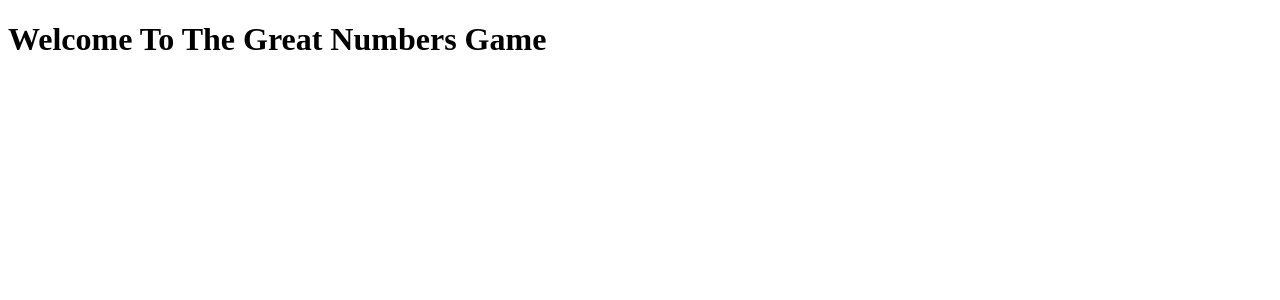
Repository: a-rydzak/Java
Page: http://localhost/GNumbers/Home
The author's editor kept a copy of each file at every save. The page is drawn from the files as they stood at one save, then again after the next save.
The browser window is 1280 px wide. The pictures show the whole page.
The page is served by Tomcat 9.

Above is the page before, as saved 2019-07-15 11:59:58.

After the next save:
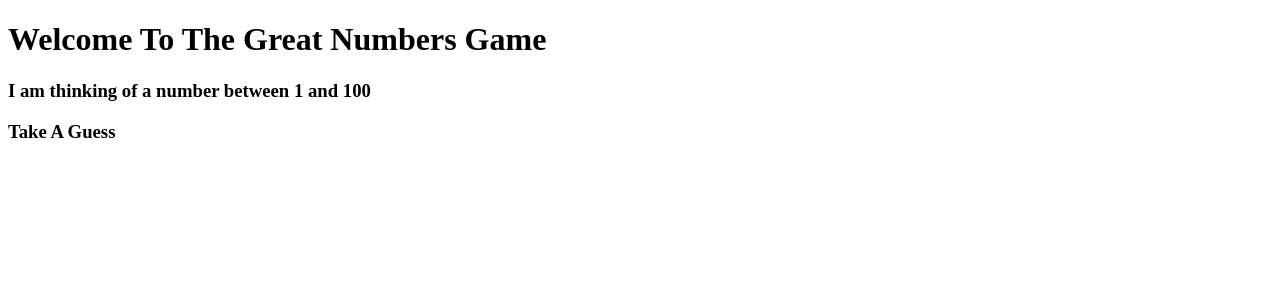
Saved 54 s later.
--- a/Java MVC/Great Number Game/GNumbers/WebContent/WEB-INF/views/Home.jsp
+++ b/Java MVC/Great Number Game/GNumbers/WebContent/WEB-INF/views/Home.jsp
@@ -10,6 +10,8 @@
 
 	<div id="container">
 		<h1>Welcome To The Great Numbers Game</h1>
+		<h3>I am thinking of a number between 1 and 100</h3>
+		<h3>Take A Guess</h3>
 	</div>
 
 </body>
